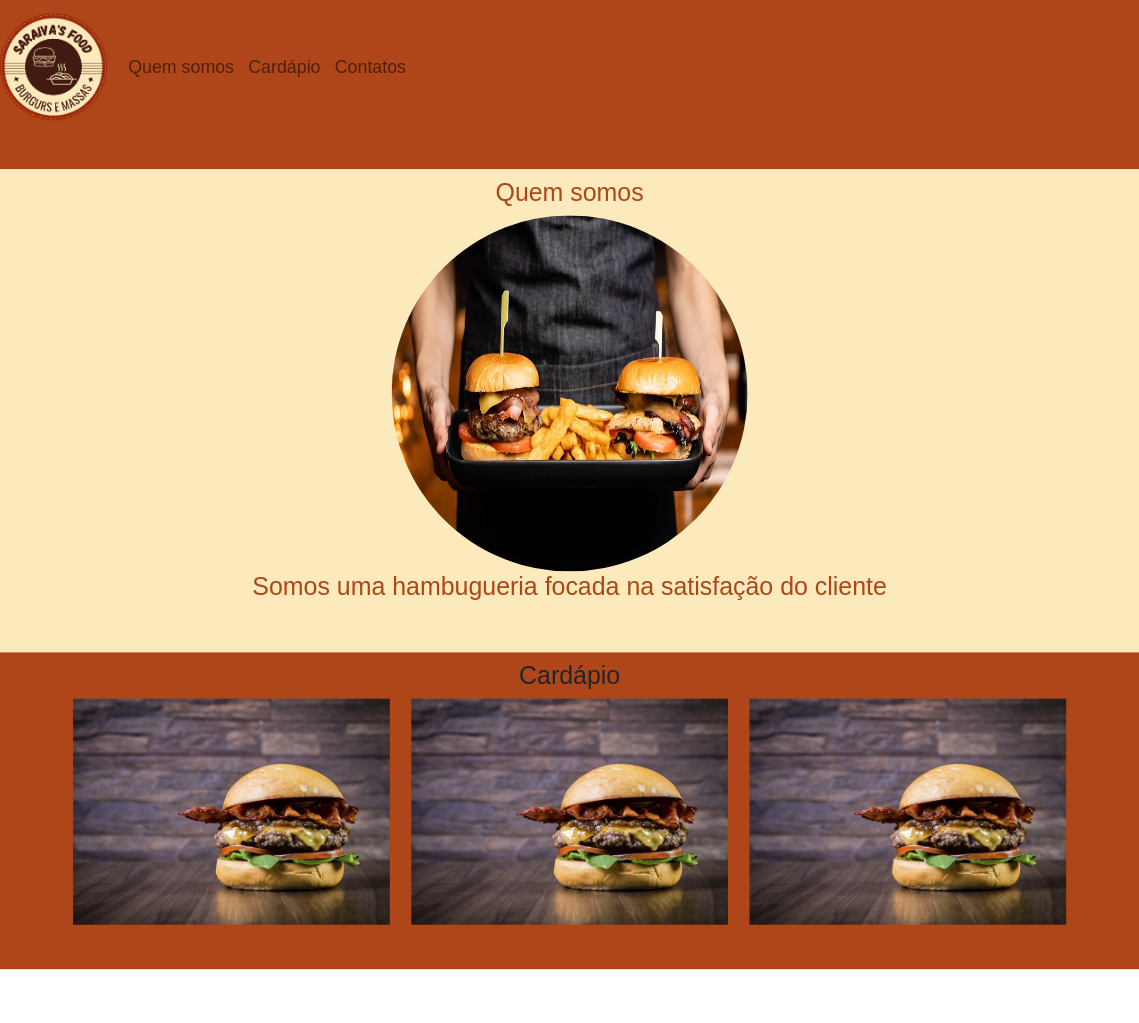
Repository: Tuanemendes/curso_bootstrap
Page: projeto1/index.html
These files come from the project's save history. The page is drawn as it stood at one moment and after the next save; the edit follows.
The browser window is 1280 px wide. The pictures show the whole page, at 89% of full size.

Above is the page before, as saved 2022-04-04 17:15:33.

After the next save:
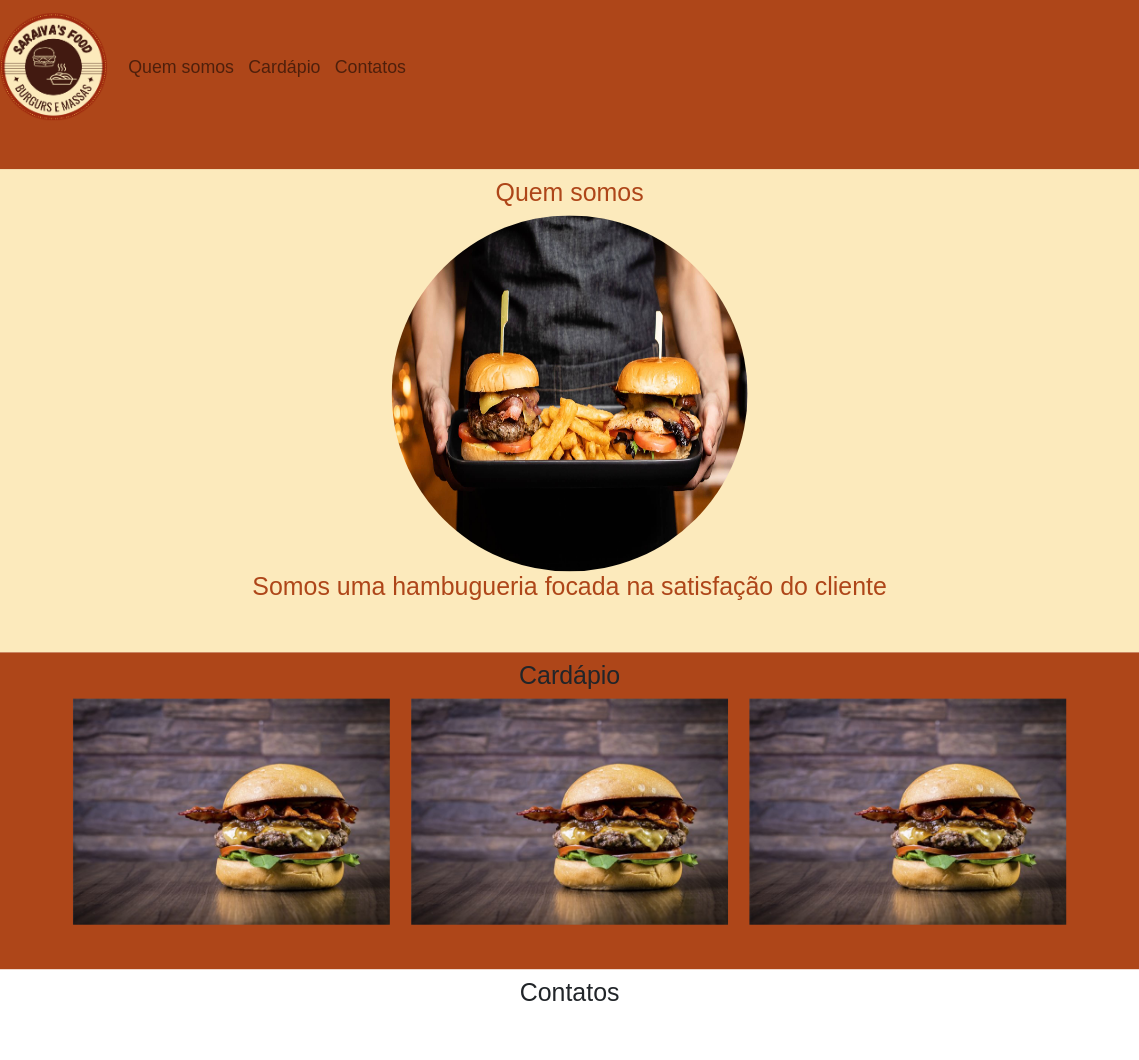
Saved 11 s later.
--- a/projeto1/index.html
+++ b/projeto1/index.html
@@ -59,7 +59,7 @@
 
     <section id="contatos">
         <div class="container-fluid text-center margin">
-
+            <h3>Contatos</h3>
 
         </div>
     </section>
